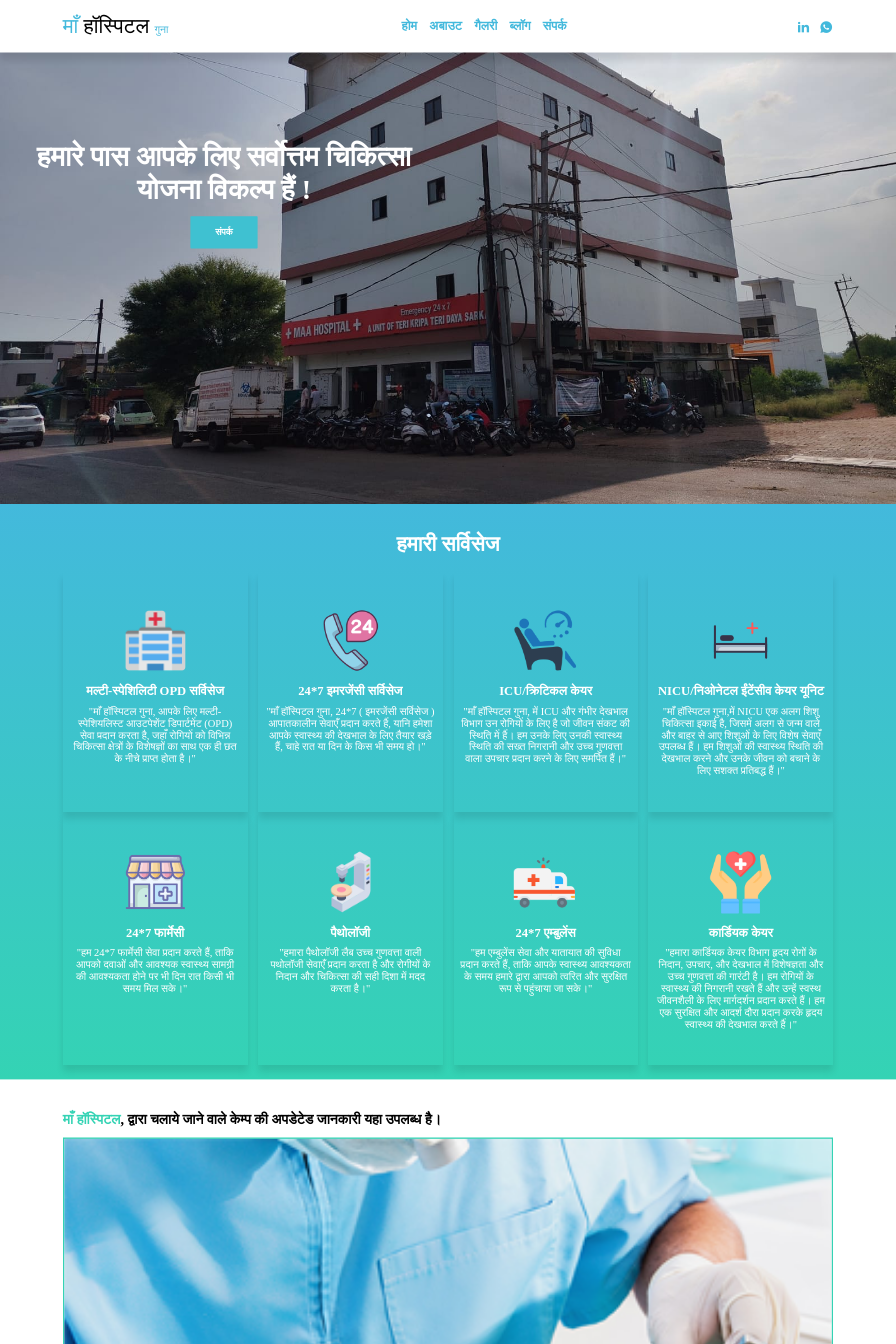
Repository: Aayush919/test
Page: index.html
These files come from the project's save history. The page is drawn as it stood at one moment and after the next save; the edit follows.
The browser window is 1280 px wide. The pictures show the part of the page from y = 0 to 1920 px (the page is 4358 px tall), at 70% of full size.
Some web libraries are served in a nearby version.

Above is the page before, as saved 2023-10-15 12:50:48.
Console error: TypeError: Cannot read properties of null (reading 'addEventListener')

After the next save:
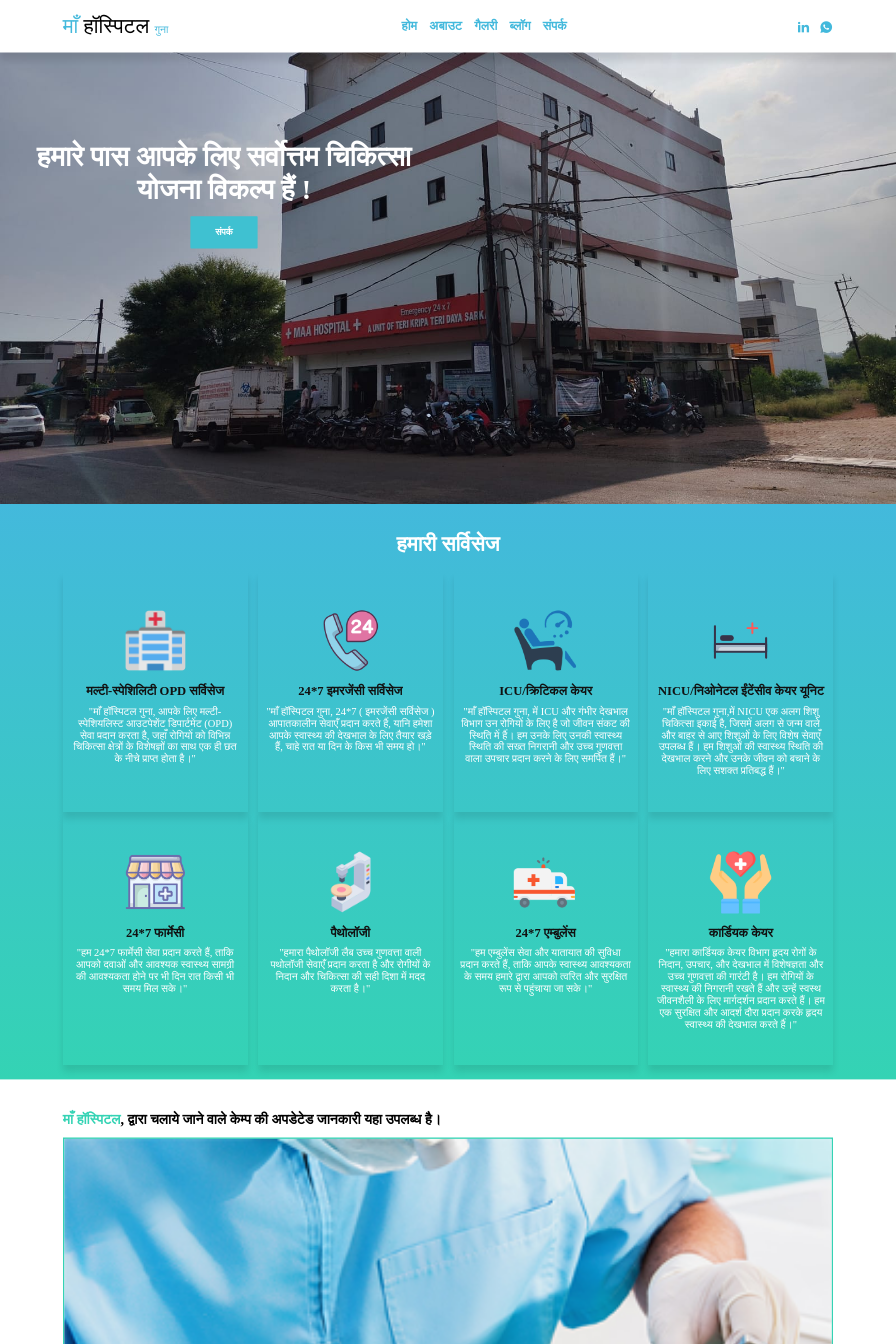
Saved 12 s later.
--- a/style.css
+++ b/style.css
@@ -131,7 +131,7 @@
 }
 
 .service-box h2{
-    color: white;
+    color: #111;
     font-size: 1.8rem;
     padding: 1rem 0;
 }

After the save that followed:
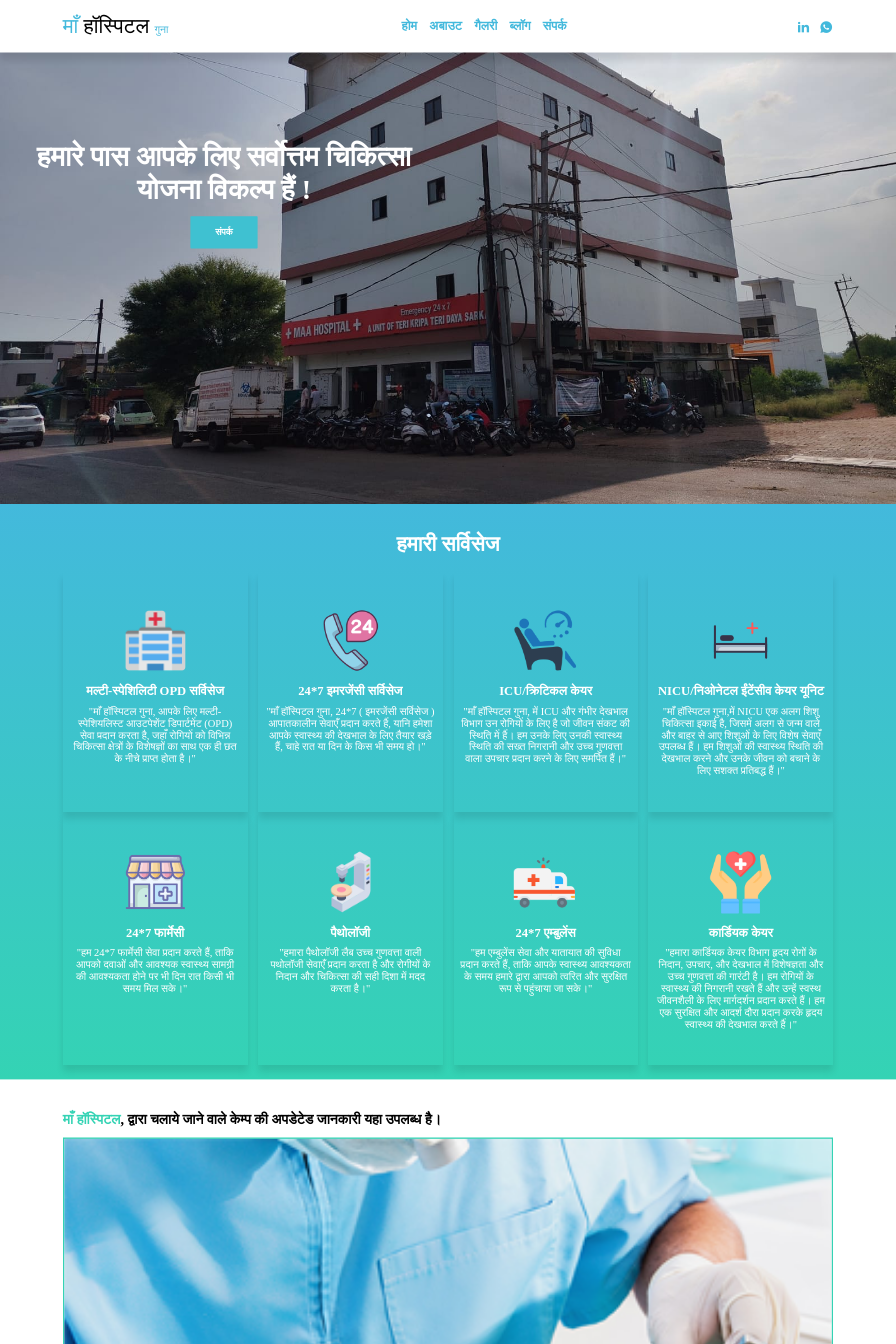
Saved 5 s later.
--- a/style.css
+++ b/style.css
@@ -131,7 +131,7 @@
 }
 
 .service-box h2{
-    color: #111;
+    color: #fff;
     font-size: 1.8rem;
     padding: 1rem 0;
 }
